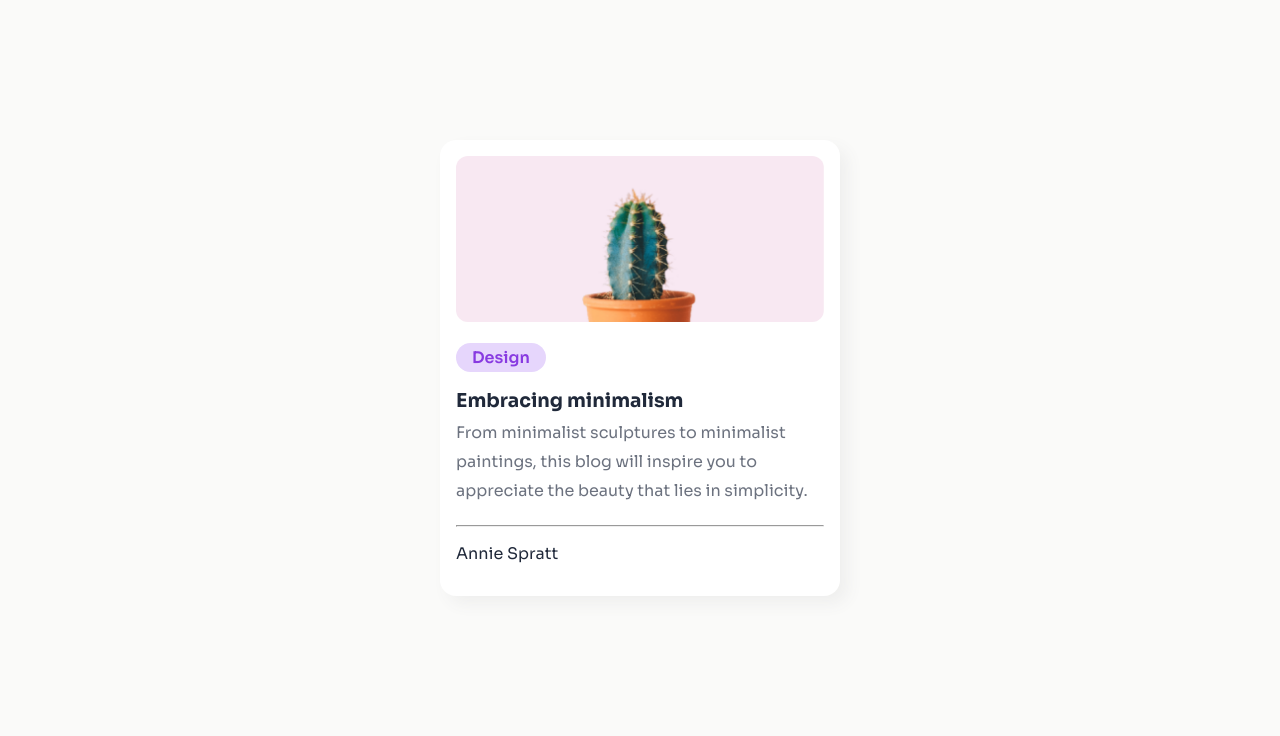
Repository: PCGP22/devChallengesio
Page: 01 - Minimal Blog Card/blogCard.html
These files come from the project's save history. The page is drawn as it stood at one moment and after a run of saves; the edit follows.
The browser window is 1280 px wide. The pictures show the whole page.

Above is the page before, as saved 2024-01-01 20:03:48.

After the next 2 saves:
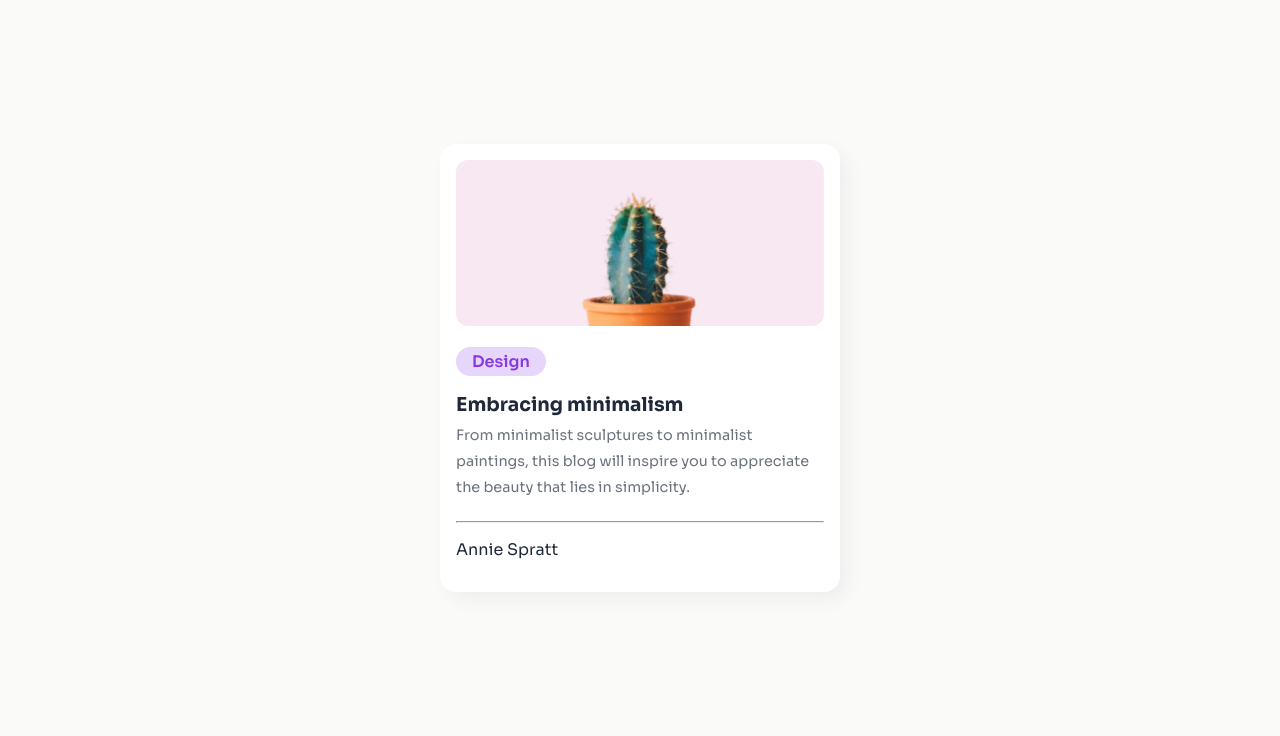
The 2 saves are shown as one change because they came seconds apart.
The last was saved 29 s later.
--- a/01 - Minimal Blog Card/styles.css
+++ b/01 - Minimal Blog Card/styles.css
@@ -58,4 +58,5 @@
     color: var(--text_body);
     font-weight: 400;
     line-height: 1.8em;
+    font-size: 0.9em;
 }

After the save that followed:
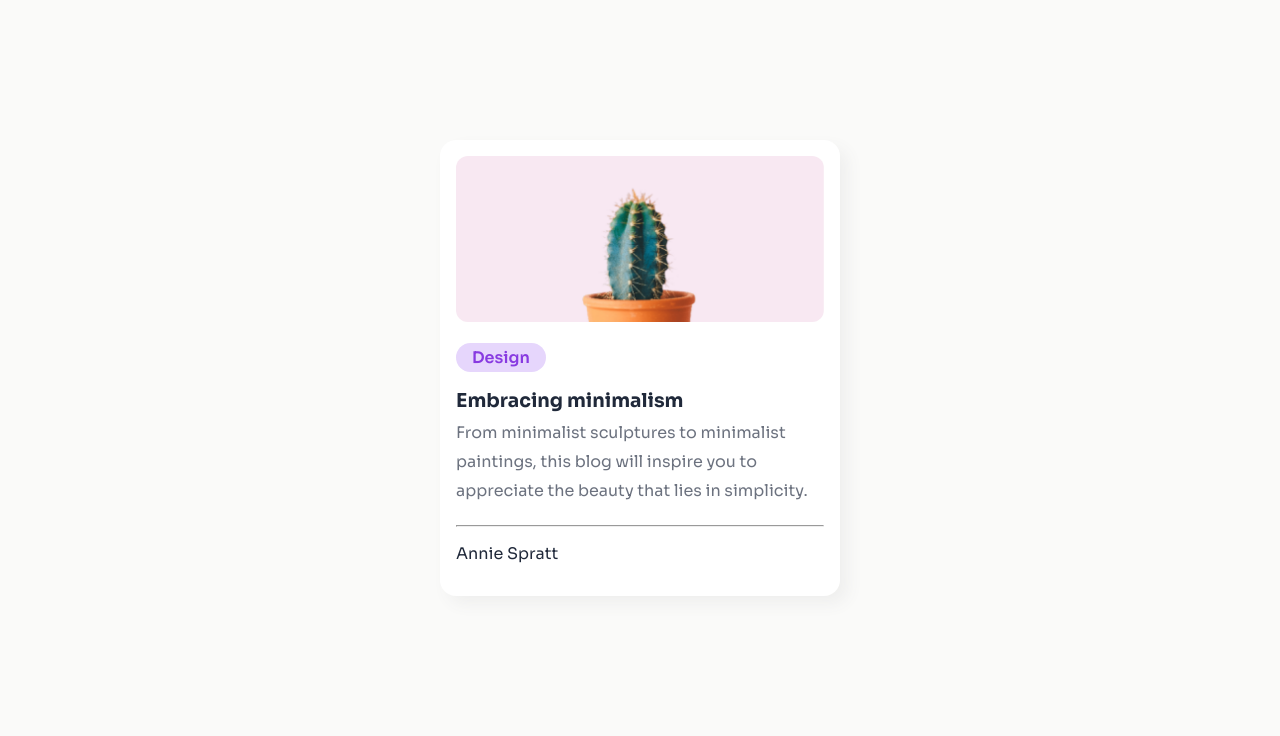
Saved 8 s later.
--- a/01 - Minimal Blog Card/styles.css
+++ b/01 - Minimal Blog Card/styles.css
@@ -58,5 +58,4 @@
     color: var(--text_body);
     font-weight: 400;
     line-height: 1.8em;
-    font-size: 0.9em;
 }
